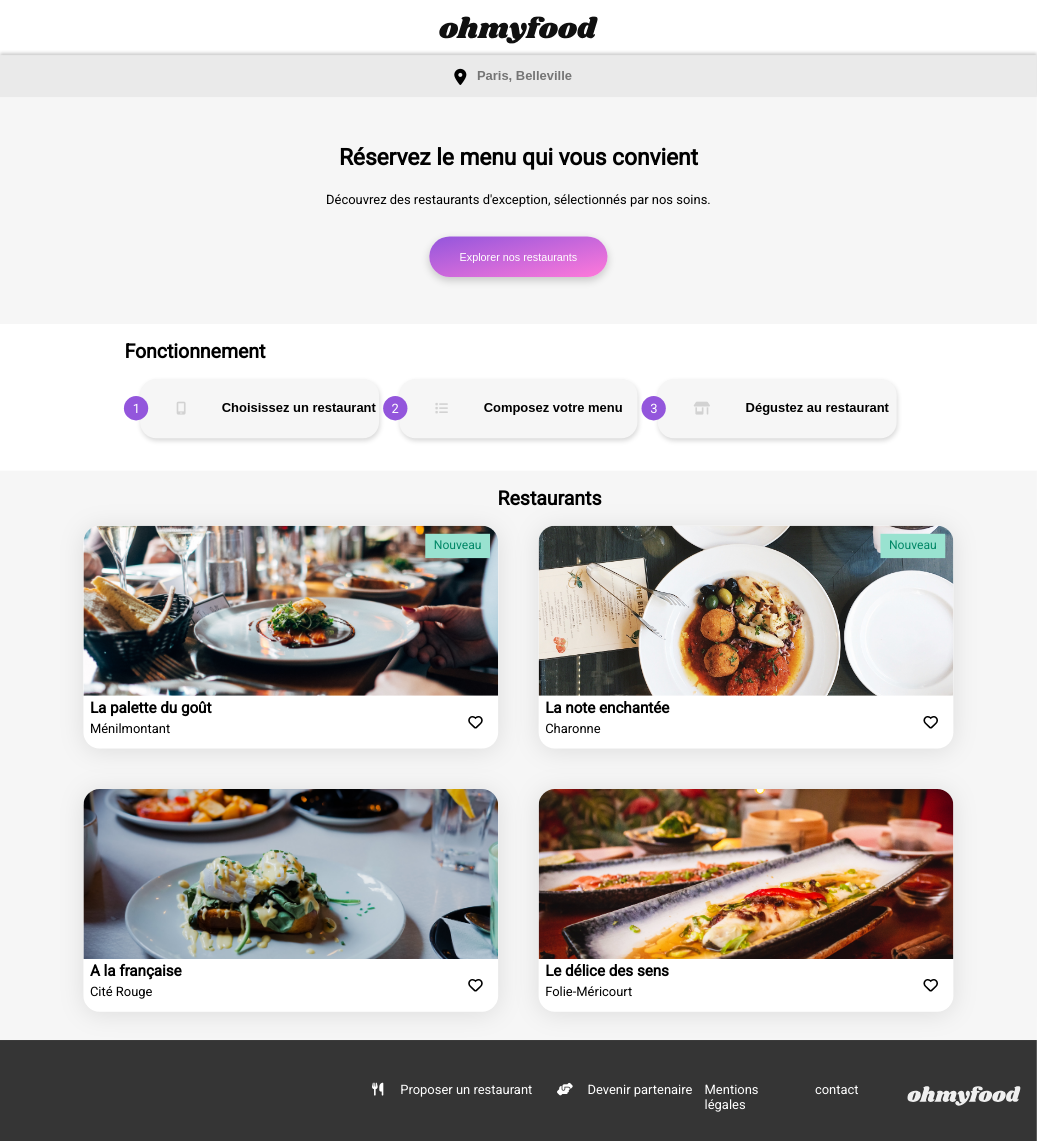
Repository: ByteVoyageur/OC-P4
Page: index.html
The author's editor kept a copy of each file at every save. The page is drawn from the files as they stood at one save, then again after the next save.
The browser window is 1280 px wide. The pictures show the whole page, at 81% of full size.
Some web fonts or font styles are not loaded; a fallback is used. The style sheet was rebuilt from its Sass, Less or Tailwind sources for each picture, by a compiler version that may differ from the author's.

Above is the page before, as saved 2023-09-28 14:28:19.

### index.html
<!DOCTYPE html>
<html lang="fr">

<head>
    <meta charset="UTF-8">
    <meta name="viewport" content="width=device-width, initial-scale=1.0">
    <title>Ohmyfood</title>
    <link rel="stylesheet" href="https://cdnjs.cloudflare.com/ajax/libs/font-awesome/6.2.1/css/all.min.css">
    <link rel="preconnect" href="https://fonts.googleapis.com">
    <link rel="preconnect" href="https://fonts.gstatic.com" crossorigin>
    <link href='https://fonts.googleapis.com/css?family=Roboto' rel='stylesheet'>
    <link href="https://fonts.googleapis.com/css2?family=Shrikhand&display=swap" rel="stylesheet">
    <link href="https://fonts.googleapis.com/css2?family=Bebas+Neue&display=swap" rel="stylesheet">
    <link rel="stylesheet" href="assets/css/style.css">
</head>

<body>
    <div class="promo-bouncer-animation">
        <div class="bouncer">
            <div></div>
            <div></div>
            <div></div>
        </div>
        <div class="promo-text">
            Profitez de <span class="highlight">50%</span> de réduction sur votre première commande !
        </div>
    </div>
    <div class="main-container">
        <header>
            <div class="logo">
                <img src="assets/images/logo/ohmyfood@2x.svg" alt="logo">
            </div>
            <form action="#" class="search-form">
                <i class="fa-solid fa-location-dot location-icon fa-lg"></i>
                <input type="text" name="search" placeholder="Paris, Belleville" class="search-input">
            </form>
        </header>
        <main>
            <section class="restaurants-intro">
                <h1>Réservez le menu qui vous convient</h1>
                <p>Découvrez des restaurants d'exception, sélectionnés par nos soins.</p>
                <button class="btn-exploration">Explorer nos restaurants</button>
            </section>

            <div class="fonctionnement">
                <h2>Fonctionnement</h2>
                <div class="steps-container">
                    <div class="step">
                        <span>1</span>
                        <button>
                            <i class="fa-solid fa-mobile-screen"></i>
                            <span>Choisissez un restaurant</span>
                        </button>
                    </div>
                    <div class="step">
                        <span>2</span>
                        <button>
                            <i class="fa-solid fa-list"></i>
                            <span>Composez votre menu</span>
                        </button>
                    </div>
                    <div class="step">
                        <span>3</span>
                        <button>
                            <i class="fa-solid fa-shop"></i>
                            <span>Dégustez au restaurant</span>
                        </button>
                    </div>
                </div>
            </div>

            <section class="restaurants-list">
                <h2>Restaurants</h2>
                <div class="restaurants-cards">
                    <a href="restaurants/laPaletteDuGout.html">
                        <article class="card">
                            <div class="card-image">
                                <img src="assets/images/restaurants/jay-wennington-N_Y88TWmGwA-unsplash.jpg"
                                    alt="restaurant">
                                <span class="card-tag">Nouveau</span>
                            </div>
                            <div class="card-content">
                                <div class="card-txt">
                                    <h3>La palette du goût</h3>
                                    <p>Ménilmontant</p>
                                </div>
                                <div class="card-rating">
                                    <i class="fa-solid fa-heart"></i>
                                </div>
                            </div>
                        </article>
                    </a>
                    <a href="restaurants/laNoteEnchantee.html">
                        <article class="card">
                            <div class="card-image">
                                <img src="assets/images/restaurants/stil-u2Lp8tXIcjw-unsplash.jpg" alt="restaurant">
                                <span class="card-tag">Nouveau</span>
                            </div>
                            <div class="card-content">
                                <div class="card-txt">
                                    <h3>La note enchantée</h3>
                                    <p>Charonne</p>
                                </div>
                                <div class="card-rating">
                                    <i class="fa-solid fa-heart"></i>
                                </div>
                            </div>
                        </article>
                    </a>
                    <a href="restaurants/aLaFrancaise.html">
                        <article class="card">
                            <div class="card-image">
                                <img src="assets/images/restaurants/toa-heftiba-DQKerTsQwi0-unsplash.jpg"
                                    alt="restaurant">
                            </div>
                            <div class="card-content">
                                <div class="card-txt">
                                    <h3>A la française</h3>
                                    <p>Cité Rouge</p>
                                </div>
                                <div class="card-rating">
                                    <i class="fa-solid fa-heart"></i>
                                </div>
                            </div>
                        </article>
                    </a>
                    <a href="restaurants/leDeliceDesSens.html">
                        <article class="card">
                            <div class="card-image">
                                <img src="assets/images/restaurants/louis-hansel-shotsoflouis-qNBGVyOCY8Q-unsplash.jpg"
                                    alt="restaurant">
                            </div>
                            <div class="card-content">
                                <div class="card-txt">
                                    <h3>Le délice des sens</h3>
                                    <p>Folie-Méricourt</p>
                                </div>
                                <div class="card-rating">
                                    <i class="fa-solid fa-heart"></i>
                                </div>
                            </div>
                        </article>
                    </a>
                </div>
            </section>
        </main>
        <footer>
            <div class="footer-logo">
                <img src="assets/images/logo/ohmyfood@2x.svg" alt="logo">
            </div>
            <div class=" footer-social">
                <ul>
                    <li class="proposer-un-restaurant">
                        <i class="fa-solid fa-utensils"></i>
                        <a href="#">Proposer un restaurant</a>
                    </li>
                    <li class="devenir-partenaire">
                        <i class="fa-solid fa-handshake-angle"></i>
                        <a href="#">Devenir partenaire</a>
                    </li>
                    <li><a href="#">Mentions légales</a></li>
                    <li><a href="mailto:example@example.com">contact</a></li>
                </ul>
            </div>
        </footer>
    </div>

</body>

</html>

### sass/style.scss
@import 'color';
@import 'body';
@import 'header';
@import 'footer';
@import 'animation-loading';
@import 'heart-hover-effect';
@import 'mixin';

.btn-exploration {
  @include btn-exploration-style;
  background: linear-gradient(
    175deg,
    $color-Primaire 0%,
    $color-Secondaire 100%
  );
  box-shadow: 0px 4px 10px 0px rgba(0, 0, 0, 0.2);

  &:hover {
    box-shadow: 0px 4px 20px 0px rgba(0, 0, 0, 0.2);
    transform: scale(1.05);
  }
}

.btn-exploration {
  @include btn-exploration-style;
  background: linear-gradient(
    to bottom right,
    $color-Primaire,
    $color-Secondaire
  );

  &:hover {
    background: linear-gradient(
      to bottom right,
      $color-Primaire,
      $color-Secondaire 80%
    );
    box-shadow: 0px 10px 20px rgba(0, 0, 0, 0.2);
    transform: scale(1.05);
  }
}

.restaurants-intro,
.restaurants-list {
  @include flex-center;
  background-color: #f6f6f6;
  width: 100%;
  flex-direction: column;
}

.restaurants-intro {
  height: 350px;
  color: black;

  h1 {
    width: 70%;
    font-size: 1.75em;
    font-weight: bold;
    margin-bottom: 10px;
    text-align: center;
    margin-top: 0;
  }

  p {
    width: 70%;
    font-size: 1.2em;
    text-align: center;
  }
}

.fonctionnement {
  width: 100%;
  display: flex;
  flex-direction: column;

  .steps-container {
    display: flex;
    flex-direction: column;
    align-items: center;
    width: 100%;
    gap: 25px;
    margin-bottom: 50px;

    .step {
      display: flex;
      flex-direction: row;
      align-items: center;
      justify-content: center;
      width: 85%;
      position: relative;

      span:nth-child(1) {
        background-color: $color-Primaire;
        border-radius: 50%;
        color: white;
        width: 30px;
        height: 30px;
        display: flex;
        align-items: center;
        justify-content: center;
        position: absolute;
        left: -20px;
        z-index: 2;
      }
    }

    button {
      width: 100%;
      background-color: #f6f6f6;
      font-weight: bold;
      font-size: 1em;
      border-radius: 20px;
      height: 73px;
      display: flex;
      align-items: center;
      justify-content: flex-start;
      box-shadow: 1px 3px 6px rgba(0, 0, 0, 0.16);
      gap: 15%;
      padding: 0;
      border: none;
      cursor: pointer;
      position: relative;
      z-index: 1;

      &:hover i {
        color: $color-Primaire;
      }

      i {
        color: #d2d2d2;
        padding-left: 15%;
      }

      span {
        text-align: center;
      }
    }
  }
}

h2 {
  margin-left: 6%;
}

.restaurants-cards {
  @include flex-center;
  flex-wrap: wrap;
  gap: 20px;
}

a {
  color: black;
  text-decoration: none;
  width: 90%;
  height: auto;
  display: flex;
  flex-direction: column;

  .card {
    @include card-style;

    img {
      width: 100%;
      height: 210px;
      object-fit: cover;
      border-top-left-radius: 20px;
      border-top-right-radius: 20px;
      position: relative;
    }

    span {
      position: absolute;
      width: 80px;
      height: 30px;
      top: 10px;
      right: 10px;
      background-color: $color-Tertiaire;
      color: #008766;
      font-size: 15px;
      padding: 5px;
      text-align: center;
    }

    .card-content {
      display: flex;
      flex-direction: row;
      justify-content: space-between;

      .card-rating {
        margin-right: 10px;
        margin-top: 10px;
      }

      .card-txt {
        display: flex;
        flex-direction: column;
        gap: 5px;
        margin-left: 8px;
        margin-bottom: 15px;

        h3 {
          margin: 0;
        }

        p {
          margin: 0;
        }
      }
    }
  }
}

@media (min-width: 1024px) {
  .restaurants-intro {
    height: 280px;

    p {
      font-size: medium;
    }

    .btn-exploration {
      width: 220px;
    }
  }

  .fonctionnement {
    flex-direction: column;
    justify-content: center;

    h2 {
      margin-left: 12%;
    }

    .steps-container {
      display: flex;
      flex-direction: row;
      justify-content: center;
      margin-bottom: 40px;

      .step {
        flex-direction: row;
        width: 23%;
      }
    }
  }

  .restaurants-list {
    .restaurants-cards {
      flex-direction: row;
      gap: 50px;
      margin-bottom: 35px;

      a {
        width: 40%;
      }
    }
  }
}

### sass/color.scss
$color-Primaire: #9356dc;
$color-Secondaire: #ff79da;
$color-Tertiaire: #99e2d0;

### sass/body.scss
* {
  box-sizing: border-box;
}
html,
body {
  margin: 0;
  padding: 0;
  background-color: #ffffff;
  font-family: 'Roboto', sans-serif;
}

body {
  .main-container {
    margin: 0;
    padding: 0;
    display: flex;
    flex-direction: column;
    align-items: center;
    justify-content: center;

    main {
      display: flex;
      flex-direction: column;
      align-items: center;
      justify-content: center;
      width: 100%;
    }
  }
}

### sass/header.scss
header {
  width: 100%;
  height: 120px;
  background-color: white;
  display: flex;
  flex-direction: column;
  justify-content: center;
  align-items: center;
  .logo {
    margin-top: 20px;
    margin-bottom: 10px;
  }
  .search-form {
    width: 100%;
    height: 60px;
    background-color: #eaeaea;
    display: flex;
    justify-content: center;
    align-items: center;
    box-shadow: 0px -2px 4px rgba(0, 0, 0, 0.2);
    .location-icon {
      margin-right: 10px;
    }

    .search-input {
      font-size: 1em;
      font-weight: bold;
      border: none;
      background-color: transparent;
      width: auto;
      max-width: 15ch;
      border: 1px solid transparent;
      &:focus {
        outline: none;
        border: none;
      }
    }
  }
}

### sass/footer.scss
footer {
  width: 100%;
  background-color: #353535;
  display: flex;
  flex-direction: column;
  justify-content: flex-start;
  align-items: flex-start;
  padding: 20px;

  i {
    color: white;
  }

  .footer-social {
    display: flex;
    flex-direction: column;
    align-items: flex-start;
    gap: 15px;
    margin-top: 5px;

    ul {
      list-style-type: none;
      padding: 0;
      li {
        display: flex;
        flex-direction: row;
        gap: 20px;
        align-items: baseline;

        .fa-solid,
        .fas {
          width: 18px;
        }
        .my-custom-icon {
          font-size: 16px;
        }
      }
      gap: 5px;
    }

    a {
      color: white;
      text-decoration: none;
      font-size: 1em;
      margin-top: 10px;
      &:hover {
        text-decoration: underline;
      }
    }
  }
}
.footer-logo img {
  filter: invert(1);
}

@media (min-width: 1024px) {
  footer {
    flex-direction: row-reverse;
    align-items: center;
    gap: 50px;
    img {
      margin-top: 18px;
      width: 140px;
      height: 30px;
    }
    ul {
      display: flex;
      flex-direction: row;
      li {
        gap: 10px;
        a {
          margin-right: 10px;
        }
      }

      .fa-solid {
        margin-left: 12px;
      }
    }
  }
}

### sass/animation-loading.scss
@import 'color';
@import 'mixin';

.promo-bouncer-animation {
  position: fixed;
  top: 0;
  left: 0;
  width: 100%;
  height: 100%;
  background-color: $color-Primaire;
  animation: fadeOut 3.5s cubic-bezier(0.5, 0, 0.5, 0.2) forwards;
  z-index: 10;
  pointer-events: none;
}

.promo-text {
  font-family: 'Bebas Neue', sans-serif;
  font-size: 3em;
  text-shadow: 4px 4px 8px rgba(0, 0, 0, 0.6);
  color: white;
  position: absolute;
  top: 40%;
  left: 50%;
  transform: translate(-50%, -50%);
  z-index: 11;
}

.promo-text .highlight {
  font-size: 2em;
}

.content {
  opacity: 0;
  transition: opacity 1s;
  position: relative;
}

@keyframes fadeOut {
  0% {
    opacity: 1;
  }
  100% {
    opacity: 0;
    height: 100%;
    width: 100%;
  }
}

@keyframes highlightPulse {
  0%,
  100% {
    font-size: 2em;
  }
  50% {
    font-size: 2.5em;
  }
}

.promo-text .highlight {
  font-size: 2em;
  display: inline-block;
  animation: highlightPulse 2s;
}

@keyframes bounce {
  0%,
  20%,
  50%,
  80%,
  100% {
    transform: translateY(0);
  }
  40% {
    transform: translateY(-150%);
  }
  60% {
    transform: translateY(-75%);
  }
}

.bouncer {
  display: flex;
  justify-content: space-between;
  position: absolute;
  top: 20%;
  left: 50%;
  transform: translateX(-50%);
  width: 100px;
  margin: 0 auto;
}

.bouncer div {
  width: 20px;
  height: 20px;
  background-color: #ece2e2;
  border-radius: 100%;
  animation: bounce 1.5s infinite ease-in-out;
}

.bouncer div:nth-child(2) {
  animation-delay: -0.4s;
}

.bouncer div:nth-child(3) {
  animation-delay: -0.8s;
}

### sass/mixin.scss
@mixin btn-exploration-style {
  border-radius: 40px;
  color: white;
  height: 50px;
  width: 58%;
  border: none;
  margin-top: 20px;
  transition: all 0.3s ease-in-out;
}

@mixin flex-center {
  display: flex;
  justify-content: center;
  align-items: center;
}

@mixin card-style {
  width: 100%;
  display: flex;
  flex-direction: column;
  background-color: white;
  border-radius: 20px;
  filter: drop-shadow(0px 3px 15px rgba(0, 0, 0, 0.1));
  transition: all 0.2s;
}

@mixin ellipsis {
  overflow: hidden;
  text-overflow: ellipsis;
  white-space: nowrap;
}

### sass/heart-hover-effect.scss
@import 'color';

.fa-heart {
  color: transparent;
  -webkit-text-stroke: 2px black;
  padding: 10px;
}

.fa-heart:hover {
  -webkit-text-stroke: 0 black;
  animation: display-coeur 2s ease forwards;
}

@keyframes display-coeur {
  0% {
    transform: scale(0.7);
    color: transparent;
  }

  50% {
    transform: scale(1.5);
    -webkit-background-clip: text;
    background-image: linear-gradient(
      to bottom right,
      $color-Primaire,
      $color-Secondaire
    );
  }
  100% {
    transform: scale(1);
    -webkit-background-clip: text;
    background-image: linear-gradient(
      to bottom right,
      $color-Primaire,
      $color-Secondaire
    );
  }
}

After the next save:
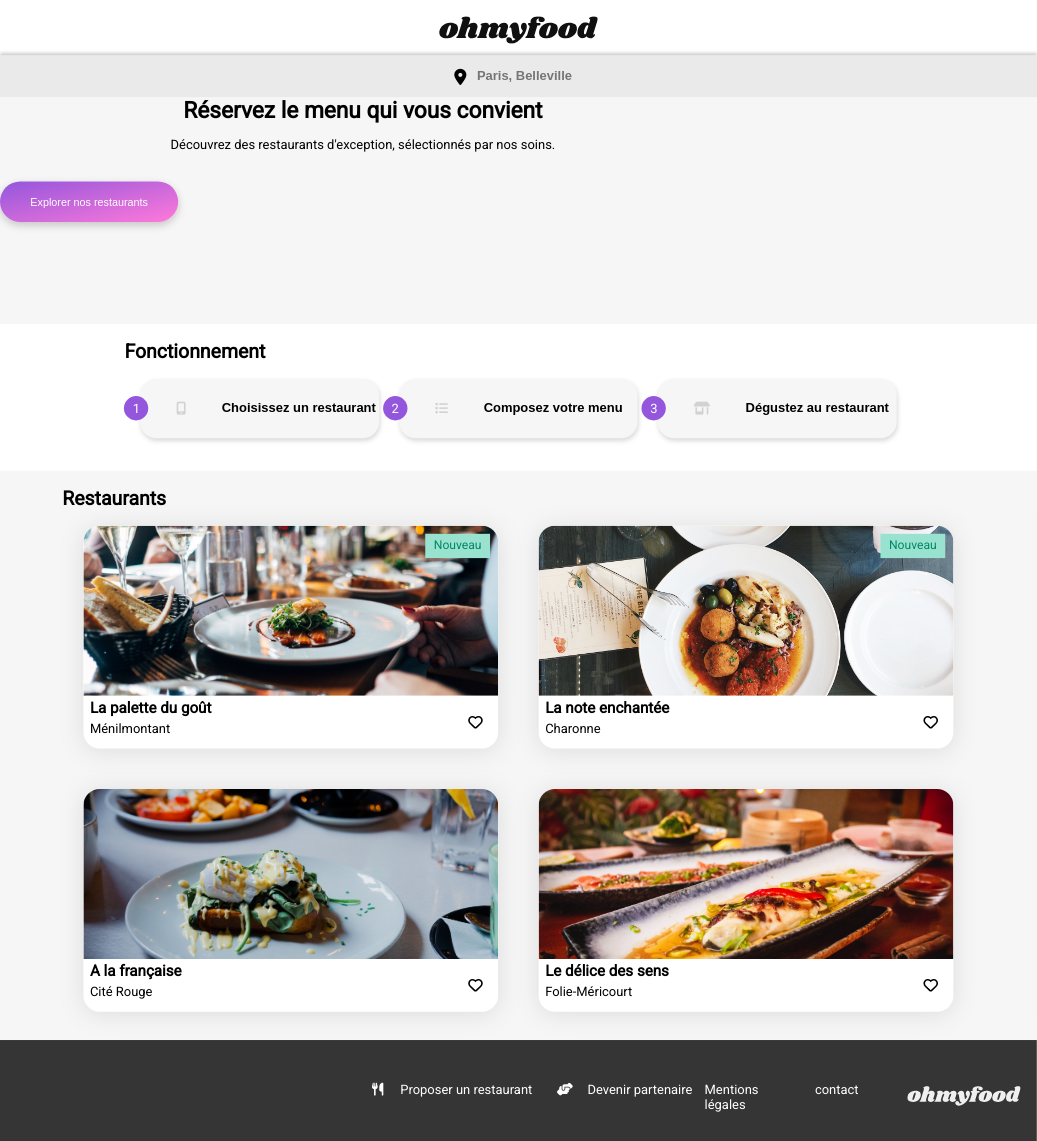
Saved 4 min 55 s later.
--- a/sass/style.scss
+++ b/sass/style.scss
@@ -42,7 +42,6 @@
 
 .restaurants-intro,
 .restaurants-list {
-  @include flex-center;
   background-color: #f6f6f6;
   width: 100%;
   flex-direction: column;
